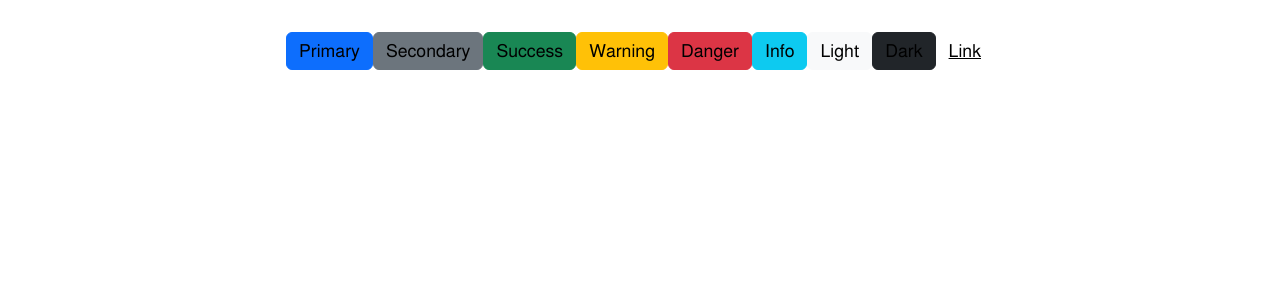
Repository: kerlos-alfy/Restaurant-Menu
Page: /
These files come from the project's save history. The page is drawn as it stood at one moment and after a run of saves; the edit follows.
The browser window is 1280 px wide. The pictures show the whole page.
Some web fonts or font styles are not loaded; a fallback is used. The project was rebuilt for these pictures with package versions that can differ from the ones it lists, and the page was loaded fresh each time. Also part of the build but not shown: vite.config.js.

Above is the page before, as saved 2024-12-20 00:58:02.

After the next 2 saves:
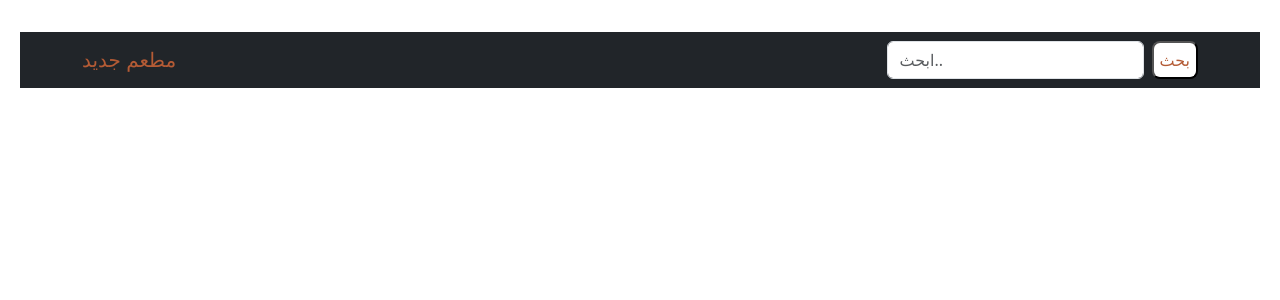
The 2 saves are shown as one change because they came seconds apart.
The last was saved 20 s later.
--- a/src/App.jsx
+++ b/src/App.jsx
@@ -1,18 +1,9 @@
 import "./App.css";
-import { Button } from "react-bootstrap";
 import NavBar from "./components/NavBar";
 function App() {
 	return (
 		<>
-			<Button variant="primary">Primary</Button>
-			<Button variant="secondary">Secondary</Button>
-			<Button variant="success">Success</Button>
-			<Button variant="warning">Warning</Button>
-			<Button variant="danger">Danger</Button>
-			<Button variant="info">Info</Button>
-			<Button variant="light">Light</Button>
-			<Button variant="dark">Dark</Button>
-			<Button variant="link">Link</Button>
+			<NavBar />
 		</>
 	);
 }
